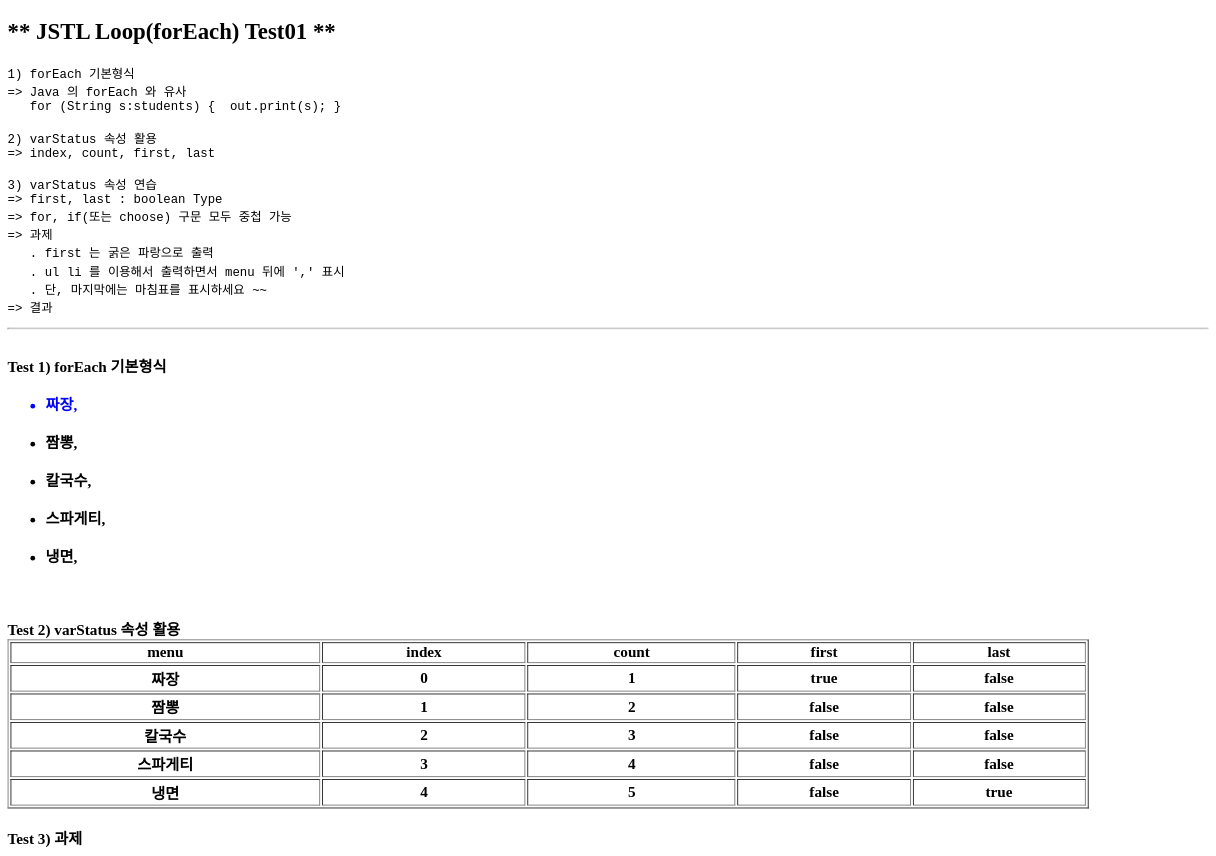
Repository: JYH94/JAVA
Page: http://localhost/web01/jsp03_jstl/ex03_for01.jsp
The author's editor kept a copy of each file at every save. The page is drawn from the files as they stood at one save, then again after the next save.
The browser window is 1280 px wide. The pictures show the whole page, at 95% of full size.
The page is served by Tomcat 9.

Above is the page before, as saved 2024-01-16 08:27:46.

After the next save:
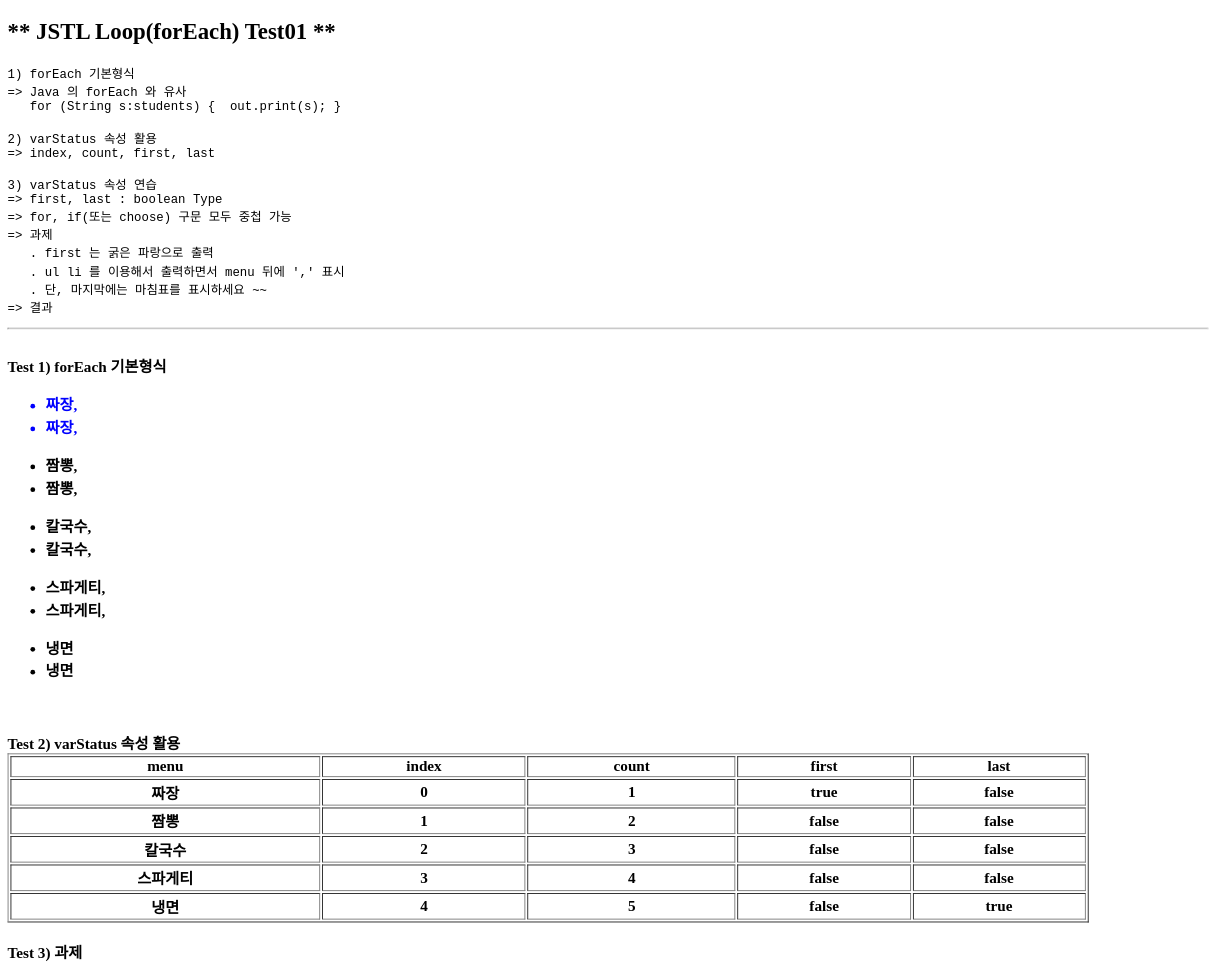
Saved 49 s later.
--- a/web01/src/main/webapp/jsp03_jstl/ex03_for01.jsp
+++ b/web01/src/main/webapp/jsp03_jstl/ex03_for01.jsp
@@ -37,7 +37,7 @@ pageContext.setAttribute("menuList", menu);
 	<br>
 	<c:forEach var="menu" items="${pageScope.menuList}" varStatus="m">
 	<ul>
-		<%-- <c:if test="${m.first == true}">
+		<c:if test="${m.first == true}">
 			<li style=color:blue>${menu}, &nbsp;</li>
 		</c:if>
 
@@ -47,15 +47,17 @@ pageContext.setAttribute("menuList", menu);
 
 		<c:if test="${m.last == true && m.first == false}">
 			<li>${menu}</li>
-		</c:if> --%>
+		</c:if>
 
 		<c:choose>
 			<c:when test="${m.first == true}">
 				<li style=color:blue>${menu},</li>
 			</c:when>
-			<c:when test="${m.first == false}">
+
+			<c:when test="${m.first == false && m.last == false}">
 				<li>${menu},</li>
 			</c:when>
+
 			<c:otherwise>
 				<li>${menu}</li>
 			</c:otherwise>
